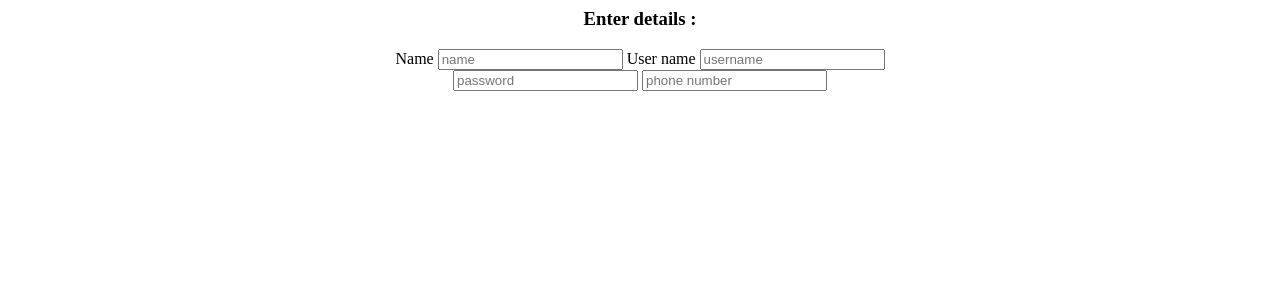
Repository: ApoorvaMishra4/Bootcamp
Page: http://localhost/Login/
The author's editor kept a copy of each file at every save. The page is drawn from the files as they stood at one save, then again after the next save.
The browser window is 1280 px wide. The pictures show the whole page.
The page is served by Tomcat 9.

Above is the page before, as saved 2018-08-09 03:54:46.

After the next save:
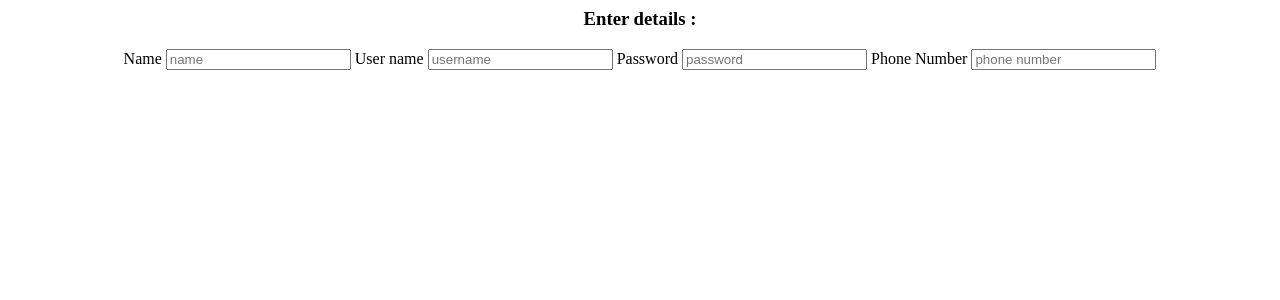
Saved 33 s later.
--- a/Login/src/main/webapp/index.jsp
+++ b/Login/src/main/webapp/index.jsp
@@ -13,8 +13,9 @@ text-align : center;
 <input type="text" name="name" placeholder="name">
 <label for="username">User name</label>
 <input type="text" name="username"  placeholder="username">
-<br>
+<label for="password">Password</label>
 <input type="password" name="password"  placeholder="password">
+<label for="phoneNumber">Phone Number</label>
 <input type="text" name="phoneNumber"  placeholder="phone number">
 </form>
 </body>
